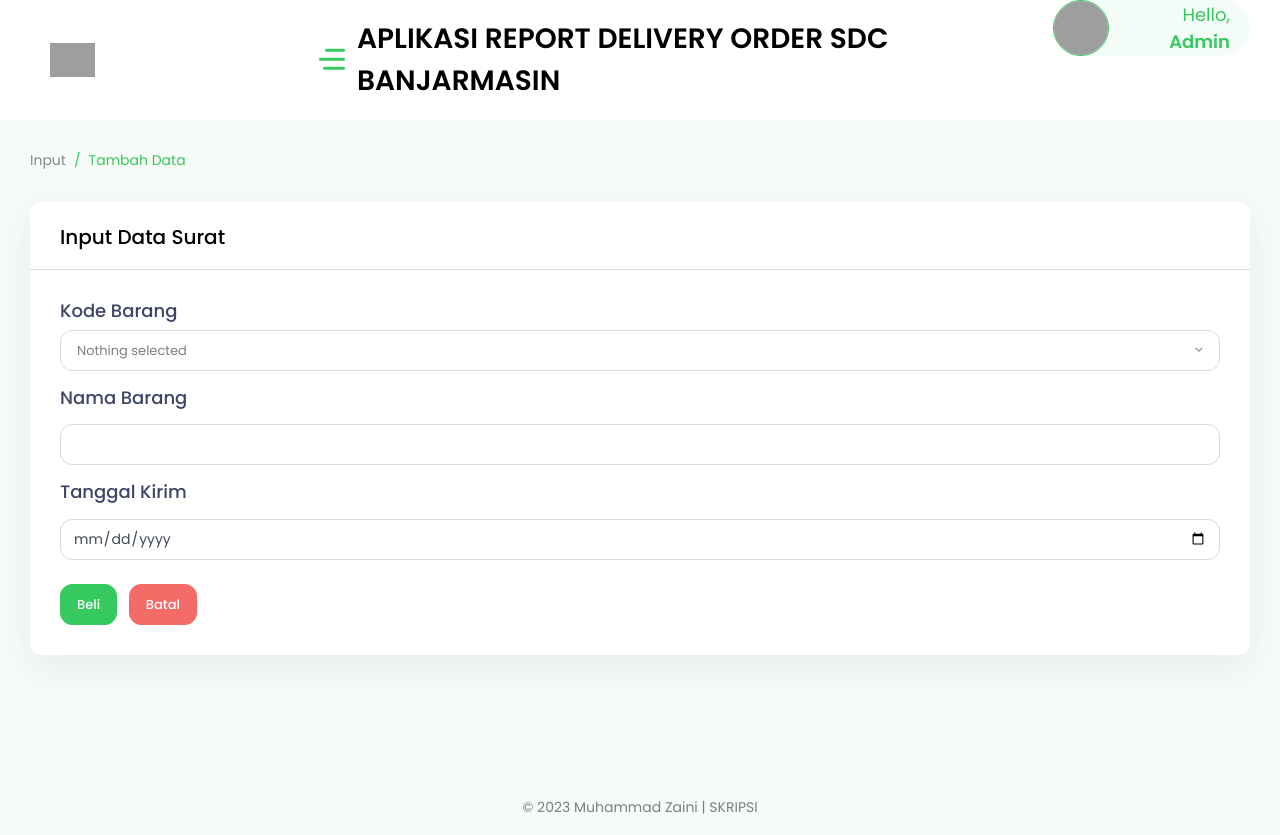
Repository: muhammadzainiy31/skripsi
Page: http://localhost/surat/beli.php
The author's editor kept a copy of each file at every save. The page is drawn from the files as they stood at one save, then again after the next save.
The browser window is 1280 px wide. The pictures show the whole page.
Pictures or frames that could not be fetched are drawn as grey boxes. The page is run by PHP 8.4 with error messages shown; the project is at /var/www/html/. The database holds what the project's SQL file puts in it.

Above is the page before, as saved 2023-07-01 20:51:02.

After the next save:
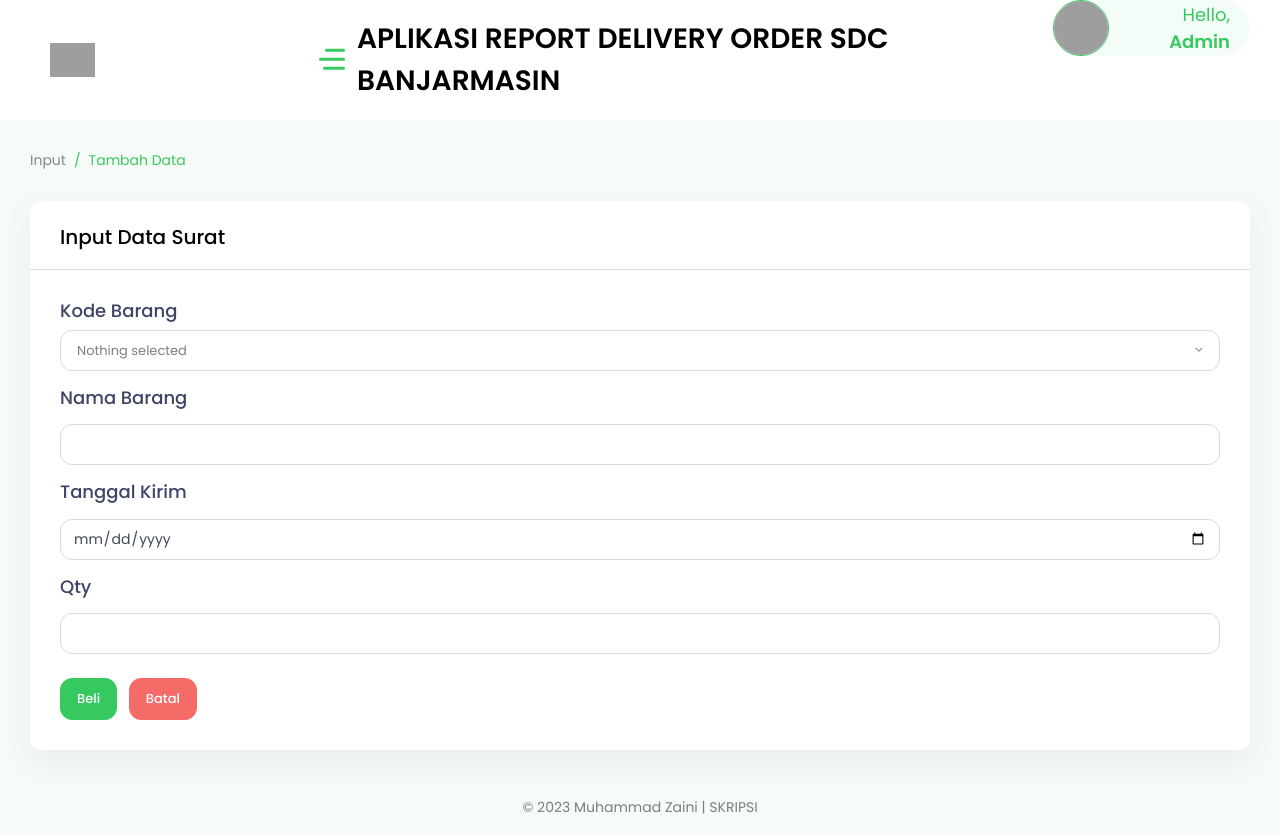
Saved 7 min 59 s later.
--- a/surat/beli.php
+++ b/surat/beli.php
@@ -88,6 +88,12 @@
                                             <h4><label for="tanggal_kirim">Tanggal Kirim</label></h4>
                                             <input type="date" class="form-control input-default" name="tanggal_kirim" placeholder="Masukkan Tanggal Kirim">
                                         </div>
+
+                                        <div class="form-group">
+                                            <h4><label for="qty">Qty</label></h4>
+                                            <input type="number" class="form-control input-default" name="qty[]" id="qty" min="1" required>
+                                        </div>
+
                                         <div class="mt-4"></div>
                                         <button class="btn btn-primary mr-2" name="simpan">Beli</button> <!-- Mengubah label tombol menjadi "Beli" -->
                                         <a href="index.php" class="btn btn-danger">Batal</a>
